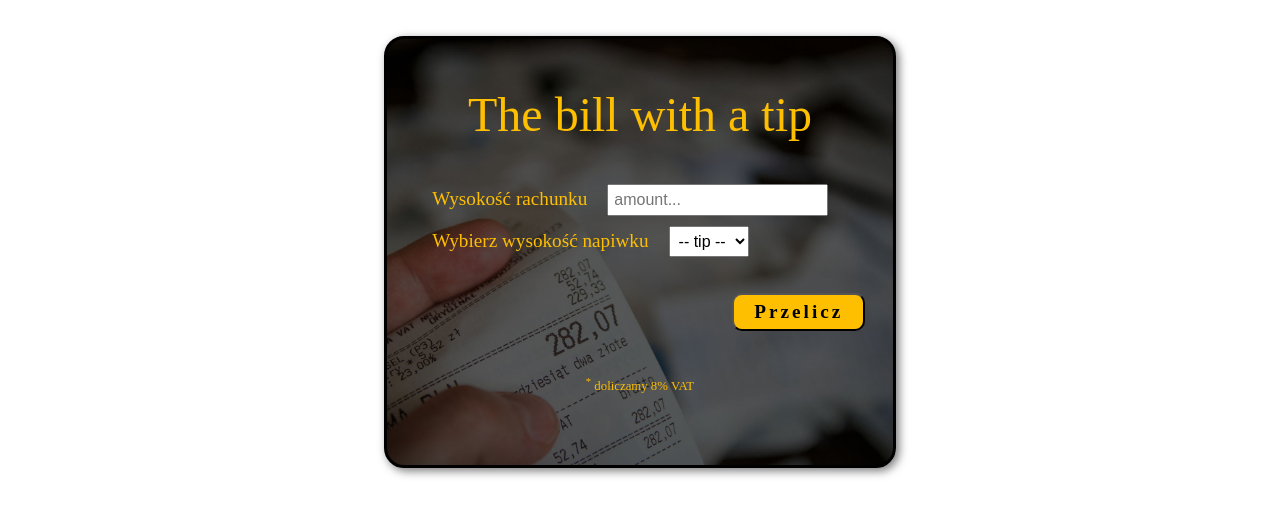
Repository: KrzysKolo/sr_tydzien4_zad1
Page: /
These files come from the project's save history. The page is drawn as it stood at one moment and after the next save; the edit follows.
The browser window is 1280 px wide. The pictures show the whole page.
Some web fonts or font styles are not loaded; a fallback is used. The project was rebuilt for these pictures with package versions that can differ from the ones it lists, and the page was loaded fresh each time.

Above is the page before, as saved 2020-11-06 14:37:15.

### public/index.html
<!DOCTYPE html>
<html lang="en">
  <head>
    <meta charset="utf-8" />
    <link rel="icon" href="%PUBLIC_URL%/favicon.ico" />
    <meta name="viewport" content="width=device-width, initial-scale=1" />
    <meta name="theme-color" content="#000000" />
    <meta
      name="description"
      content="Web site created using create-react-app"
    />
    <link rel="apple-touch-icon" href="%PUBLIC_URL%/logo192.png" />
    <!--
      manifest.json provides metadata used when your web app is installed on a
      user's mobile device or desktop. See https://developers.google.com/web/fundamentals/web-app-manifest/
    -->
    <link rel="manifest" href="%PUBLIC_URL%/manifest.json" />
    <!--
      Notice the use of %PUBLIC_URL% in the tags above.
      It will be replaced with the URL of the `public` folder during the build.
      Only files inside the `public` folder can be referenced from the HTML.

      Unlike "/favicon.ico" or "favicon.ico", "%PUBLIC_URL%/favicon.ico" will
      work correctly both with client-side routing and a non-root public URL.
      Learn how to configure a non-root public URL by running `npm run build`.
    -->
    <link href="https://fonts.googleapis.com/css2?family=Calligraffitti&family=Shadows+Into+Light+Two&family=Skranji&display=swap" rel="stylesheet">
    <title>Bill and tip</title>
  </head>
  <body>
    <noscript>You need to enable JavaScript to run this app.</noscript>
    <div id="root"></div>
    <!--
      This HTML file is a template.
      If you open it directly in the browser, you will see an empty page.

      You can add webfonts, meta tags, or analytics to this file.
      The build step will place the bundled scripts into the <body> tag.

      To begin the development, run `npm start` or `yarn start`.
      To create a production bundle, use `npm run build` or `yarn build`.
    -->
  </body>
</html>

### src/App.js
import './App.css';
import BillCard from './components/BillCard';
const App = () => {
  return (
    <div>
      <BillCard/>
    </div>
   );
}

export default App;

### src/components/BillCard.js
import React, { Component } from 'react';
import HeaderCard from './HeaderCard';
import SectionCard from './SectionCard';
import FooterCard from './FooterCard';
import './BillCard.css';
class BillCard extends Component {
    state = {  }
    render() {
        return (
            <div className="billCard__wrapper">
                <HeaderCard/>
                <SectionCard />
                <FooterCard />
            </div>
         );
    }
}

export default BillCard;

### src/components/HeaderCard.js
import React from 'react';
const HeaderCard = () => {
    return (
        <div className="billCard__header">
            The bill with a tip
        </div>
     );
}

export default HeaderCard;

### src/components/SectionCard.js
import React, { Component } from 'react';
import FormCard from './FormCard';

class SectionCard extends Component {
    state = {
        bill: {
            amount: "",
            tip: 0,
        },
        results: 0,
        show: true,
    }
     handleChange = e => {
        let  newBill = {
         ...this.state.bill,
         [e.target.name]: e.target.value,
         }

         this.setState({
             bill: newBill
         })
     }
     handleConvert = (e) => {
        e.preventDefault();
        const price = parseFloat(this.state.bill.amount)*1.08;
        const tip = parseFloat(this.state.bill.tip);
        const suma = (price+(price*tip)).toFixed(2);
         this.setState({
            results: suma,
            bill: {
                amount: "",
                tip: 0,
            },
            show: false,
         })
     }

     render() {

        return  this.state.show ? <FormCard bill={this.state.bill} result={this.state.result} show={this.state.show} handleChange={this.handleChange} handleConvert={this.handleConvert}/> :  <section className="billCard__section billCard__section--background"><p>Twój rachunek: {this.state.results} zł</p></section> ;
    }
}

export default SectionCard;

### src/components/FooterCard.js
import React from 'react';
const FooterCard = () => {
    return (
        <footer className="billCard__footer">
            <sup>*</sup> doliczamy 8% VAT
        </footer>
     );
}

export default FooterCard;

### src/components/BillCard.css
.billCard__wrapper {
  width: 40vw;
  height: 60vh;
  background: url("./../image/bill.jpg");
  background-size: cover;
  border: 3px solid black;
  border-radius: 20px;
  box-shadow: 3px 3px 10px #7a7a7a;
  display: flex;
  flex-direction: column;
  align-items: center;
  margin: 5vh auto;
}
.billCard__header {
  font-family: "Skranji", cursive;
  font-size: 3rem;
  color: rgb(253, 191, 0);
  margin-top: 3rem;
}
.billCard__section {
  margin-top: 2rem;
  height: 40%;
  width: 90%;
}
.billCard__section--background {
  background-color: rgba(253, 191, 0, 0.07);
  border-radius: 10px;
  box-shadow: inset 3px 3px 5px black;
}
.billCard__section p {
  font-family: "Shadows Into Light Two", cursive;
  font-size: 2rem;
  margin: 2rem auto 0 auto;
  color: rgb(253, 191, 0);

  text-align: center;
}
.label__BillCard {
  font-family: "Shadows Into Light Two", cursive;
  font-size: 1.2rem;
  color: rgb(253, 191, 0);
  padding: 20px;
}
.form__items {
  font-size: 1rem;
  padding: 5px;
  margin-top: 10px;
}
.btn__BillCard {
  font-family: "Shadows Into Light Two", cursive;
  font-size: 1.2rem;
  background-color: rgb(253, 191, 0);
  border-radius: 10px;
  cursor: pointer;
  margin: 5vh auto 2vh 25vw;
  padding: 6px 20px;
  transition: all ease-in-out 0.3s;
  letter-spacing: 3px;
  font-weight: bold;
}
.btn__BillCard:hover {
  background-color: rgba(253, 191, 0, 0.07);
  color: rgb(253, 191, 0);
}
.billCard__footer {
  color: rgb(253, 191, 0);
  font-family: "Shadows Into Light Two", cursive;
  font-size: 0.8rem;
  margin-top: 2rem;
}

### src/components/FormCard.js

import React from 'react';
const  FormCards = (props) => {
    return (
        <section className="billCard__section">
        <form>
            <label className="label__BillCard" htmlFor="form__input-amount">Wysokość rachunku</label>
            <input className="form__items"
                       type="text"
                       id="form__input-amount"
                       name="amount"
                       placeholder="amount..."
                       onChange={props.handleChange}
                       value={props.amount} /><br/>
            <label className="label__BillCard" htmlFor="form__select">Wybierz wysokość napiwku</label>
            <select className="form__items"
                           name="tip"
                           id="form__select"
                           onChange={props.handleChange}
                           value={props.tip}>
                               <option value=""> -- tip -- </option>
                               <option value="0.05">5%</option>
                               <option value="0.10">10%</option>
                               <option value="0.15">15%</option>
                               <option value="0.20">20%</option>
                </select> <br />
                <button className="btn__BillCard" type="submit" onClick={props.handleConvert}>Przelicz</button>
        </form>
    </section>
     );
}
export default FormCards;

Loaded but not shown: src/index.js (common file); src/index.css (common file); src/App.css (common file)

After the next save:
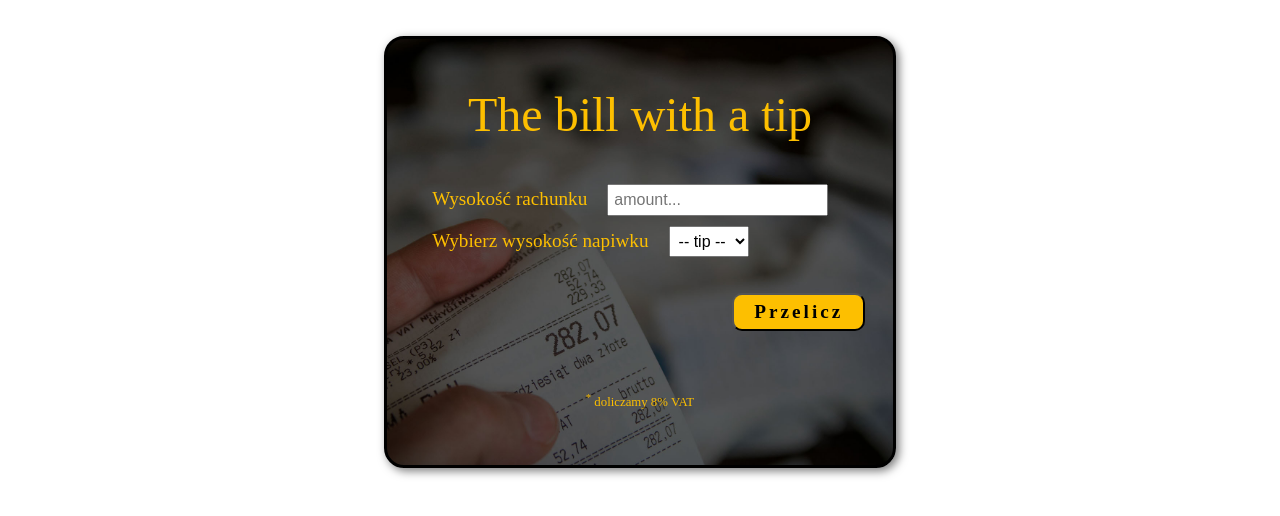
Saved 79 s later.
--- a/src/components/BillCard.css
+++ b/src/components/BillCard.css
@@ -66,5 +66,5 @@
   color: rgb(253, 191, 0);
   font-family: "Shadows Into Light Two", cursive;
   font-size: 0.8rem;
-  margin-top: 2rem;
+  margin-top: 3rem;
 }
